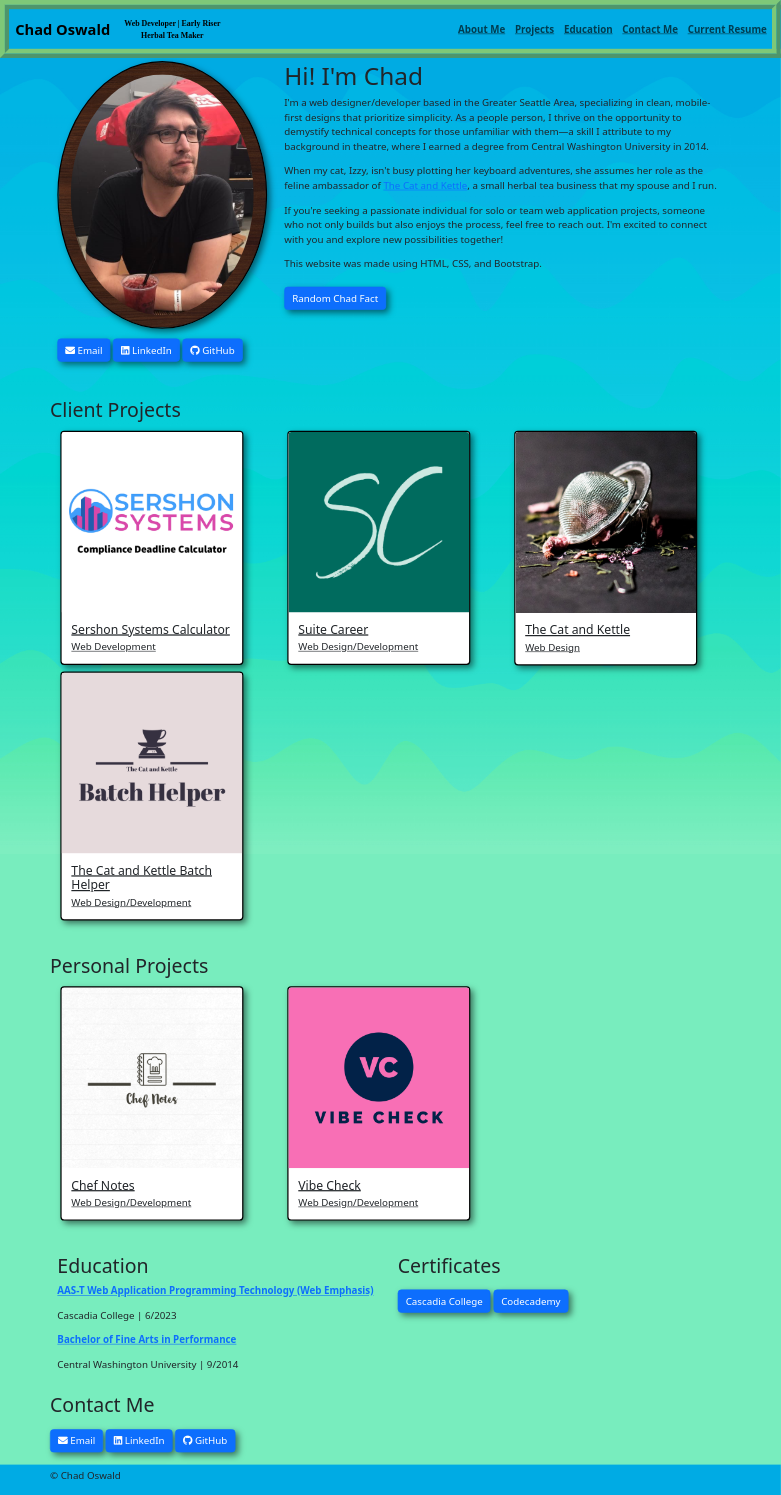
Repository: ChaidGPT/Portfolio
Page: index.html
An editor plug-in stored every save of this project. The page is shown before and after the next save, followed by the edit.
The browser window is 1280 px wide. The pictures show the whole page, at 61% of full size.

Above is the page before, as saved 2023-07-30 14:53:29.

After the next save:
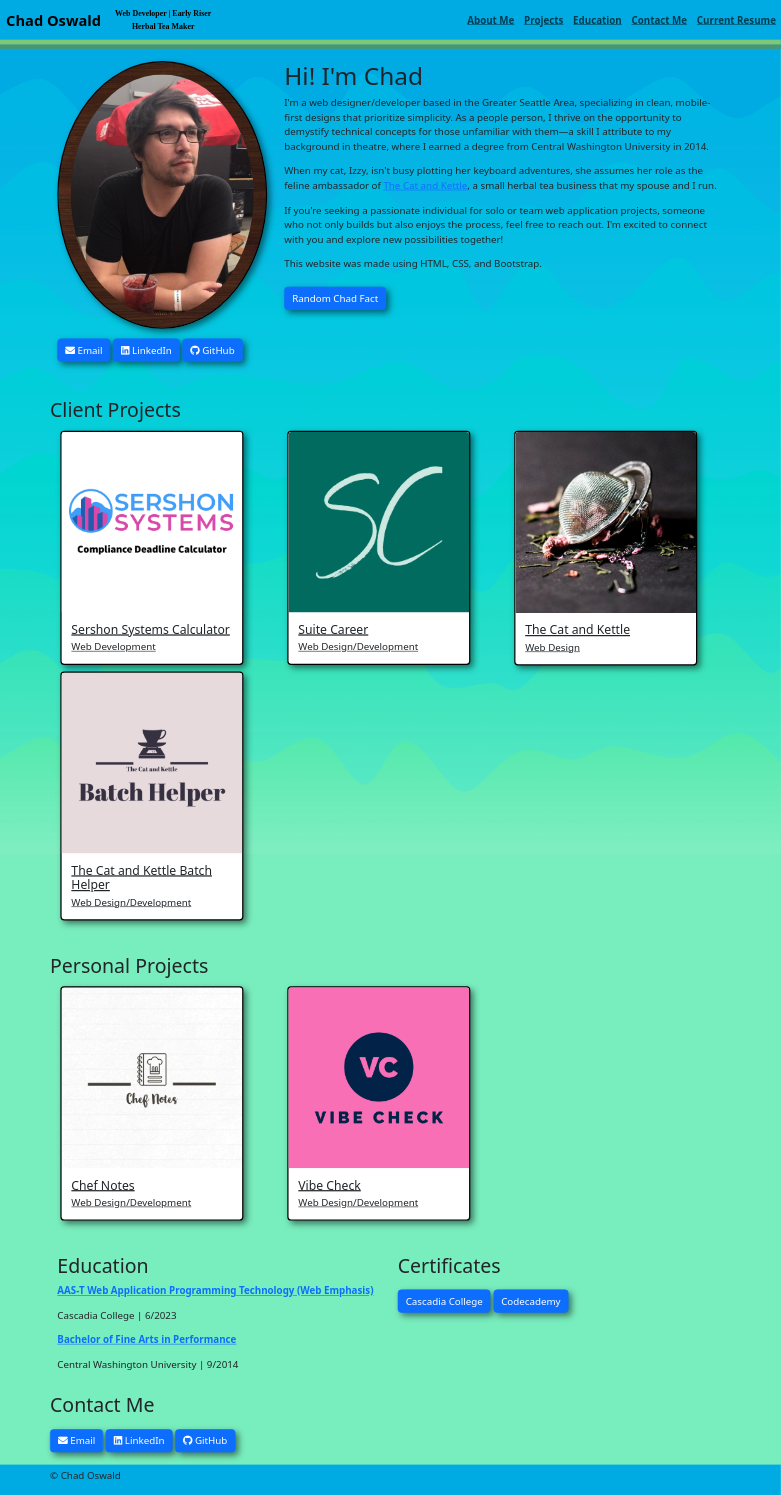
Saved 18 s later.
--- a/styles.css
+++ b/styles.css
@@ -2,7 +2,7 @@
     background-color: #00ABE4;
     font-weight: bold;
     /* border-bottom: 1px solid #000000; */
-    border: 4mm ridge rgba(211, 220, 50, .6);
+    border-bottom: 4mm ridge rgba(211, 220, 50, .6);
 }
 
 .navbar-brand {
